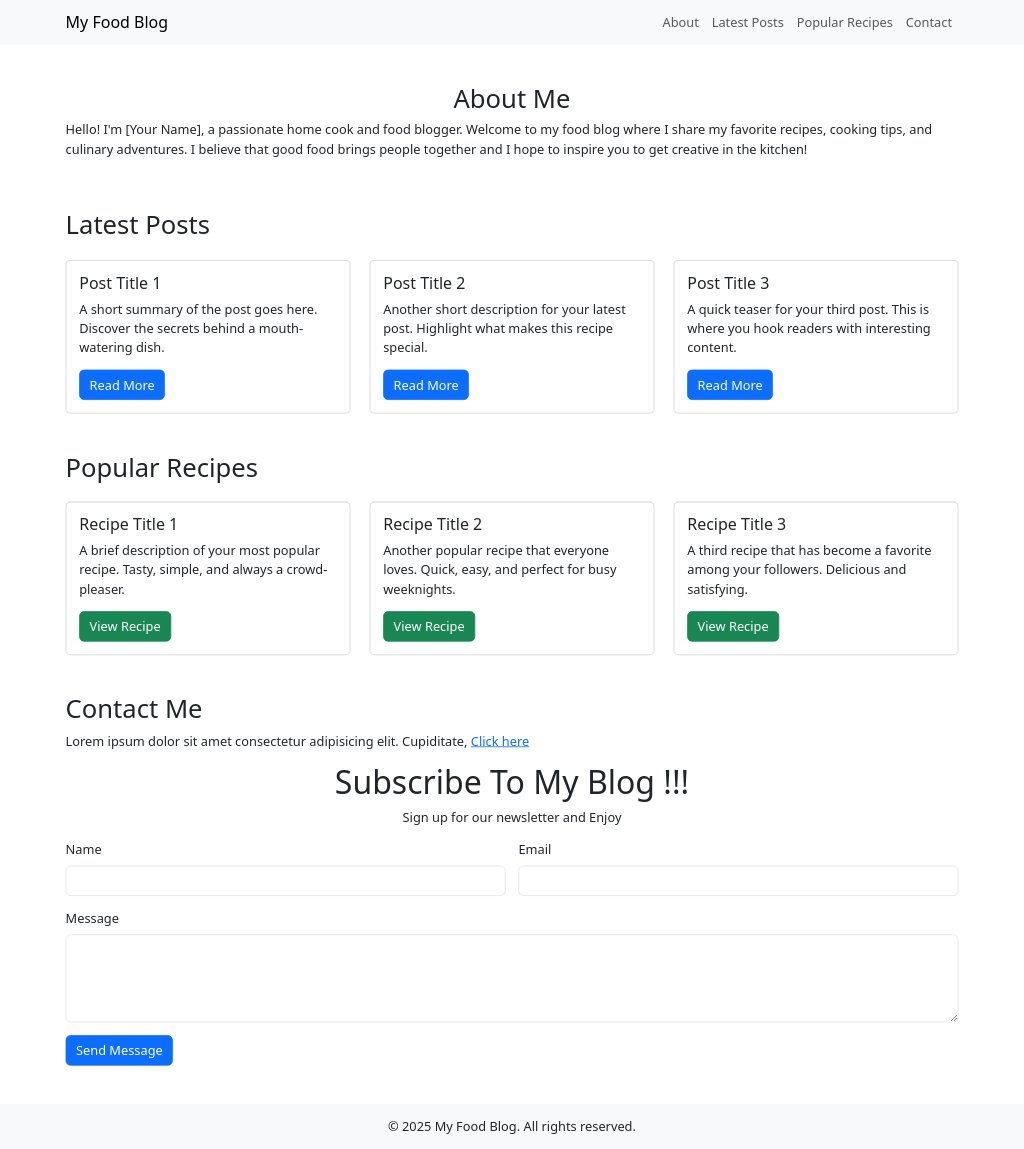
Repository: arunyerram/Web-TEChnologies
Page: 15.03.2025.html
The author's editor kept a copy of each file at every save. The page is drawn from the files as they stood at one save, then again after the next save.
The browser window is 1280 px wide. The pictures show the whole page, at 80% of full size.

Above is the page before, as saved 2025-03-19 11:28:32.

After the next save:
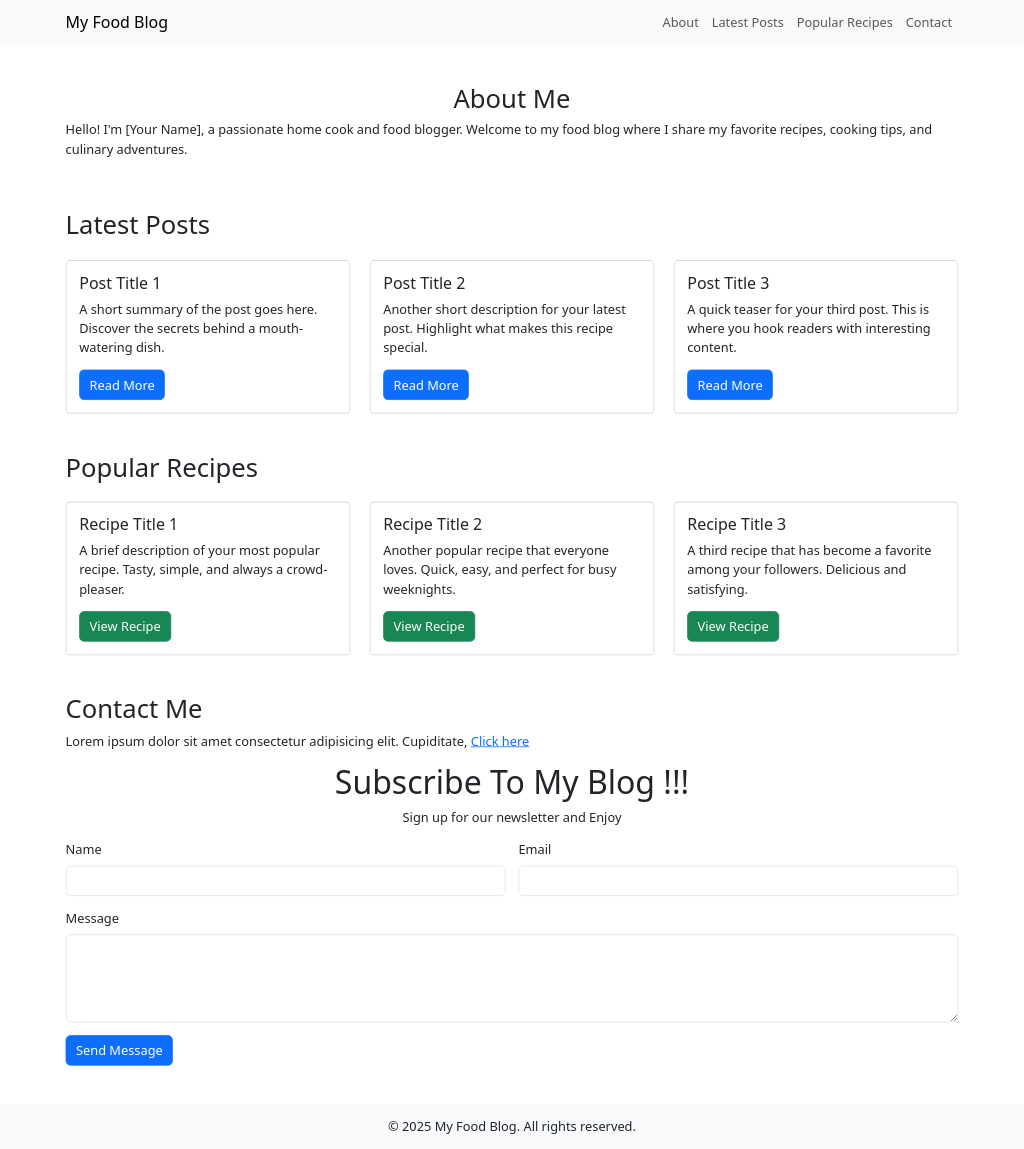
Saved 25 s later.
--- a/15.03.2025.html
+++ b/15.03.2025.html
@@ -66,9 +66,7 @@
           <p>
             Hello! I'm [Your Name], a passionate home cook and food blogger.
             Welcome to my food blog where I share my favorite recipes,
-            cooking tips, and culinary adventures. I believe that good food
-            brings people together and I hope to inspire you to get creative
-            in the kitchen!
+            cooking tips, and culinary adventures.
           </p>
         </div>
       </div>
